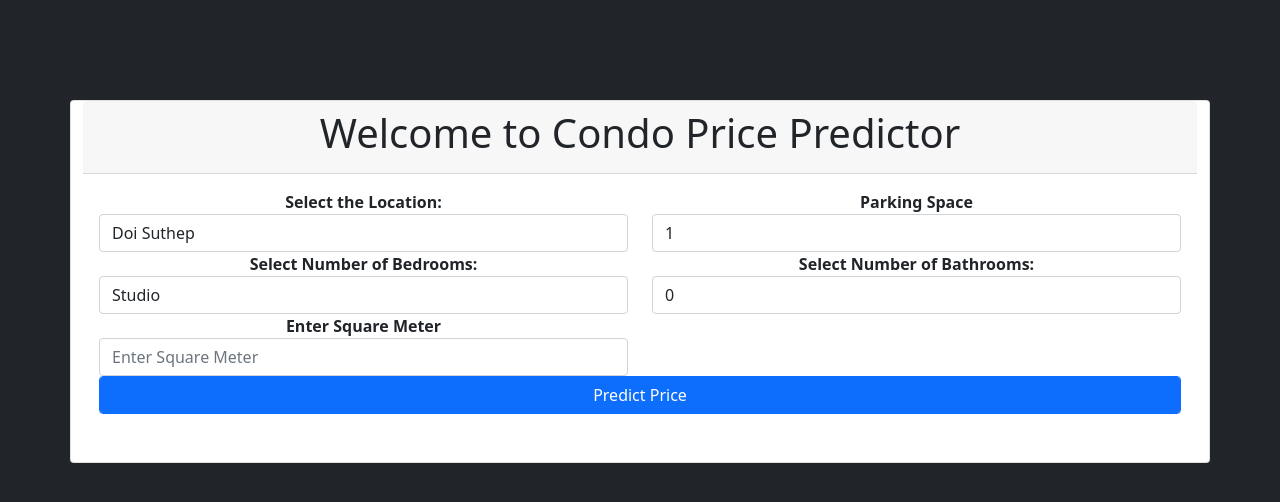
Repository: myothida/condoprice_CNX
Page: http://localhost/
These files come from the project's save history. The page is drawn as it stood at one moment and after a run of saves; the edit follows.
The browser window is 1280 px wide. The pictures show the whole page.
The page is served by the project's application, run on Flask 3 (main.py).

Above is the page before, as saved 2023-09-26 22:17:43.

### templates/index.html
<!DOCTYPE html>
<html lang="en">
  <head>
    <!-- Required meta tags -->
    <meta charset="utf-8" />
    <meta name="viewport" content="width=device-width, initial-scale=1" />

    <!-- Bootstrap CSS -->
    <link
      href="https://cdn.jsdelivr.net/npm/bootstrap@5.0.2/dist/css/bootstrap.min.css"
      rel="stylesheet"
      integrity="sha384-EVSTQN3/azprG1Anm3QDgpJLIm9Nao0Yz1ztcQTwFspd3yD65VohhpuuCOmLASjC"
      crossorigin="anonymous"
    />

    <title>Condo Price Predictor</title>
  </head>
  <body class="bg-dark">
    <div class="container">
      <div class="row">
        <div class="card" style="width: 100%; height: 100%; margin-top: 100px">
          <div class="card-header" style="text-align: center">
            <h1>Welcome to Condo Price Predictor</h1>
          </div>
          <div class="card-body">
            <form method="post" accept-charset="utf-8">
              <div class="row">
                <div class="col-md-6 form-group" style="text-align: center">
                  <label><b> Select the Location: </b> </label>
                  <select
                    class="selectpicker form-control"
                    id="location"
                    name="location"
                    require="1"
                  >
                    <option>Doi Suthep</option>
                    <option>Faham</option>
                    <option>Muang</option>
                    <option>Nimman</option>
                    <option>Chang phueak</option>
                  </select>
                </div>

                <div class="col-md-6 form-group" style="text-align: center">
                  <label><b> Parking Space </b> </label>
                  <select
                    class="selectpicker form-control"
                    id="parking"
                    name="parking"
                    require="1"
                  >
                    <option>1</option>
                    <option>2</option>
                    <option>3</option>
                  </select>
                </div>
                <div class="col-md-6 form-group" style="text-align: center">
                  <label><b> Select Number of Bedrooms: </b> </label>
                  <select
                    class="selectpicker form-control"
                    id="bedrooms"
                    name="bedrooms"
                  >
                    <option>Studio</option>
                    <option>1</option>
                    <option>2</option>
                    <option>3</option>
                  </select>
                </div>
                <div class="col-md-6 form-group" style="text-align: center">
                  <label><b> Select Number of Bathrooms: </b> </label>
                  <select
                    class="selectpicker form-control"
                    id="bathrooms"
                    name="bathrooms"
                  >
                    <option>0</option>
                    <option>1</option>
                    <option>2</option>
                    <option>3</option>
                  </select>
                </div>
                <div class="col-md-6 form-group" style="text-align: center">
                  <label><b> Enter Square Meter </b> </label>
                  <input
                    type="text"
                    class="form-control"
                    id="sqm"
                    name="sqm"
                    placeholder="Enter Square Meter"
                  />
                </div>
                <div class="col-md-12 form-group">
                  <button
                    class="btn btn-primary form-control"
                    onclick="send_data()"
                  >
                    Predict Price
                  </button>
                </div>
              </div>
            </form>
            <br />

            <div class="col-md-12" style="text-align: center">
              <h1><span id="prediction"></span></h1>
            </div>
          </div>
        </div>
      </div>
    </div>
  </body>
</html>

<!-- Option 2: Separate Popper and Bootstrap JS -->

<script
  src="https://cdn.jsdelivr.net/npm/@popperjs/core@2.9.2/dist/umd/popper.min.js"
  integrity="sha384-IQsoLXl5PILFhosVNubq5LC7Qb9DXgDA9i+tQ8Zj3iwWAwPtgFTxbJ8NT4GN1R8p"
  crossorigin="anonymous"
></script>
<script
  src="https://cdn.jsdelivr.net/npm/bootstrap@5.0.2/dist/js/bootstrap.min.js"
  integrity="sha384-cVKIPhGWiC2Al4u+LWgxfKTRIcfu0JTxR+EQDz/bgldoEyl4H0zUF0QKbrJ0EcQF"
  crossorigin="anonymous"
></script>

### main.py
from flask import Flask, render_template, request
import pandas as pd

app = Flask(__name__)
data = pd.read_csv('Data_midterm.csv')


@app.route('/')
def index():


    locations = sorted(data['location'].unique())
    return render_template('index.html' ,locations=locations)


if __name__ == "__main__":
    app.run(debug=True, port=5001)

### Data_midterm.csv
bedroom,bathroom,parking, area,price,location
0,0,1,33,2100000,muang
1,1,1,30,1650000,chang phueak
1,1,2,30,1490000,suthep
1,1,2,37,1690000,nimman
1,1,1,30,1449000,faham
1,1,1,30,630000,chang phueak
1,1,2,30,2200000,nimman
1,1,1,30,650000,faham
1,1,1,30,888000,muang
1,1,1,30,2200000,nimman
1,1,1,30,890000,faham
1,1,1,30,1290000,faham
2,1,2,30,1350000,suthep
1,1,1,30,1350000,faham
1,1,2,30,1350000,chang phueak
1,1,2,30,1950000,chang phueak
1,1,2,30,1990000,suthep
1,1,2,30,2200000,faham
1,1,2,30,2200000,nimman
1,1,2,30,2300000,faham
1,1,2,30,730000,faham
1,1,2,30,1950000,muang
1,1,2,30,1990000,faham
1,1,2,30,2200000,nimman
1,1,2,30,2200000,faham
1,1,2,31,2300000,faham
2,1,2,31,740000,faham
1,1,2,31,1950000,chang phueak
1,1,2,31,2200000,faham
1,1,2,31,2200000,suthep
1,1,2,31,2300000,faham
1,1,2,31,2100000,nimman
1,1,2,31,1890000,faham
1,1,2,31,2390000,suthep
1,1,2,31,1490000,chang phueak
1,1,2,31,1100000,chang phueak
1,1,2,31,999000,muang
1,1,2,31,1690000,faham
1,1,2,29,650000,suthep
0,0,2,30,690000,muang
1,1,2,32,3350000,suthep
1,1,2,32,2480000,faham
1,1,2,37,2700000,nimman
1,1,2,30,2000000,faham
1,1,3,40,3590000,chang phueak
1,1,2,32,2400000,faham
1,1,2,30,2000000,faham
1,1,2,28,2450000,nimman
1,1,2,28,2000000,muang
1,1,2,31,2400000,chang phueak
1,1,2,32,2950000,faham
1,1,2,30,1490000,suthep
1,1,2,32,1000000,faham
1,1,2,37,2750000,faham
0,0,2,28,1200000,suthep
0,0,2,29,1800000,suthep
0,0,1,30,2000000,suthep
0,0,2,29,1600000,nimman
0,0,1,32,2400000,suthep
0,0,1,30,1400000,chang phueak
0,0,1,33,1700000,muang
0,0,1,28,2500000,nimman
0,0,2,30,2300000,faham
0,0,3,38,2590000,muang
0,0,2,30,660000,muang
1,1,2,37,2850000,faham
0,0,2,36,2700000,nimman
1,1,2,36,1790000,suthep
1,1,2,36,2800000,suthep
1,1,2,38,2190000,muang
0,0,1,29,1500000,muang
1,1,2,35,2800000,suthep
1,1,2,35,2450000,suthep
1,1,1,32,2800000,nimman
1,1,1,33,2650000,nimman
1,1,1,30,1500000,chang phueak
1,1,1,30,1450000,muang
1,1,1,30,2100000,faham
1,1,1,38,2600000,muang
1,1,1,29,2300000,suthep
0,0,1,33,1700000,nimman
1,1,2,37,3000000,muang
2,1,2,35,889000,chang phueak
2,1,2,37,990000,chang phueak
1,1,1,33,880000,muang
1,1,1,29,890000,nimman
1,1,1,30,898000,nimman
1,1,1,32,1290000,muang
1,1,1,32,1200000,muang
1,1,1,46,2450000,chang phueak
1,1,2,43,3500000,suthep
1,1,3,44,3750000,suthep
0,0,1,33,2200000,nimman
1,1,2,40,1990000,suthep
2,1,2,50,3800000,suthep
1,1,2,32,1500000,muang
0,0,2,30,1390000,chang phueak
2,2,3,51,4700000,suthep
2,1,2,50,5000000,suthep
2,2,2,50,2700000,nimman
2,1,2,47,4800000,suthep
2,1,3,53,3950000,muang
2,1,2,50,3790000,muang
1,1,2,38,2490000,nimman
1,1,2,36,2890000,faham
2,1,2,53,4500000,suthep
2,2,3,51,4700000,chang phueak
1,1,2,46,2350000,muang
1,1,2,43,3900000,faham
1,1,2,46,4350000,suthep
1,1,2,54,3200000,faham
1,1,2,32,2900000,faham
1,1,2,30,1500000,suthep
1,1,2,46,4600000,suthep
1,1,2,46,2650000,nimman
1,1,2,32,1000000,nimman
1,1,2,37,2750000,faham
1,1,2,42,2850000,muang
1,1,2,36,1650000,chang phueak
1,1,2,36,2750000,chang phueak
2,2,2,50,2800000,faham
2,1,2,47,4800000,suthep
1,1,2,46,4200000,chang phueak
1,1,1,30,2100000,muang
1,1,2,36,2600000,suthep
1,1,2,46,3000000,nimman
0,0,1,30,2000000,suthep
1,1,2,38,1490000,muang
0,0,1,30,1000000,muang
1,1,2,40,2000000,chang phueak
1,1,2,30,2300000,faham
1,1,1,30,730000,nimman
1,1,1,30,1950000,muang
1,1,2,30,1990000,nimman
1,1,2,30,2200000,faham
1,1,2,30,2200000,nimman
1,1,2,31,2300000,nimman
2,1,2,31,740000,faham
1,1,2,31,1950000,chang phueak
1,1,2,31,2200000,faham
1,1,2,31,2200000,suthep
1,1,1,31,2300000,faham
1,1,1,31,2100000,faham
1,1,2,31,1890000,faham
1,1,1,31,2390000,suthep
1,1,1,31,1490000,chang phueak
1,1,1,31,1100000,chang phueak
1,1,1,31,999000,muang
1,1,1,31,1690000,faham
1,1,2,29,650000,suthep
0,0,2,30,690000,muang
1,1,2,32,3350000,suthep
1,1,2,32,2480000,faham
1,1,2,37,2700000,faham
1,1,2,30,2000000,faham
1,1,3,40,3590000,chang phueak
1,1,2,32,2400000,faham
1,1,2,30,2000000,faham
1,1,2,28,2450000,faham
1,1,2,28,2000000,muang
1,1,2,31,2400000,chang phueak
1,1,1,32,2950000,faham
1,1,2,30,1490000,suthep
1,1,2,32,1000000,faham
1,1,2,37,2750000,faham
0,0,2,28,1200000,suthep
0,0,2,29,1800000,suthep
0,0,2,30,2000000,suthep
0,0,2,29,1600000,muang
0,0,2,32,2400000,suthep
0,0,2,30,1400000,chang phueak
0,0,2,33,1700000,muang
0,0,2,28,2500000,nimman
0,0,2,30,2300000,faham
0,0,2,38,2590000,muang
0,0,2,30,660000,muang
1,1,2,37,2850000,nimman
0,0,2,36,2700000,muang
1,1,2,36,1790000,suthep
1,1,2,36,2800000,suthep
1,1,2,38,2190000,muang
0,0,2,29,1500000,muang
1,1,2,35,2800000,suthep
1,1,2,35,2450000,suthep
1,1,2,32,2800000,faham
1,1,2,33,2650000,faham
1,1,2,30,1500000,chang phueak
1,1,2,30,1450000,muang
1,1,2,30,2100000,faham
1,1,2,38,2600000,muang
1,1,2,29,2300000,suthep
0,0,2,33,1700000,muang
1,1,2,37,3000000,muang
2,1,2,35,889000,chang phueak
2,1,2,37,990000,chang phueak
1,1,2,33,880000,muang
1,1,2,29,890000,muang
1,1,2,30,898000,muang
1,1,2,32,1290000,muang
1,1,2,32,1200000,muang
1,1,3,46,2450000,chang phueak
1,1,3,43,3500000,suthep
1,1,3,44,3750000,suthep
0,0,2,33,2200000,muang
1,1,2,40,1990000,suthep
2,1,2,50,3800000,suthep
1,1,2,32,1500000,muang
0,0,2,30,1390000,chang phueak
2,2,3,51,4700000,suthep
2,1,2,50,5000000,suthep
2,2,2,50,2700000,faham
2,1,2,47,4800000,suthep
2,1,3,53,3950000,muang
2,1,3,50,3790000,muang
1,1,2,38,2490000,faham
1,1,2,36,2890000,faham
2,1,2,53,4500000,suthep
2,2,2,51,4700000,chang phueak
1,1,2,46,2350000,muang
1,1,2,43,3900000,faham
1,1,2,46,4350000,suthep
1,1,3,54,3200000,faham
1,1,2,32,2900000,faham
1,1,2,30,1500000,suthep
1,1,2,46,4600000,suthep
1,1,2,46,2650000,muang
1,1,2,32,1000000,faham
1,1,2,37,2750000,faham
1,1,2,42,2850000,muang
1,1,2,36,1650000,chang phueak
1,1,2,36,2750000,chang phueak
2,2,3,50,2800000,faham
2,1,3,47,4800000,suthep
1,1,2,46,4200000,chang phueak
1,1,2,37,2800000,suthep
1,1,2,37,2750000,faham
1,1,2,28,1600000,suthep
1,1,2,29,1800000,suthep
1,1,2,30,2000000,suthep
1,1,2,29,1600000,muang
1,1,2,32,2400000,suthep
1,1,2,30,1400000,chang phueak
1,1,2,33,1700000,muang
1,1,2,28,2500000,muang
1,1,2,30,2300000,nimman
1,1,2,38,2590000,nimman
1,1,2,30,700000,muang
1,1,2,37,2850000,faham
1,1,2,36,2700000,muang
1,1,2,36,1790000,suthep
1,1,2,36,2800000,suthep
1,1,2,38,2190000,muang
0,0,2,29,1500000,muang
1,1,2,35,2800000,suthep
1,1,2,35,2450000,suthep
1,1,2,32,2800000,nimman
1,1,2,33,2650000,faham
1,1,2,30,1500000,chang phueak
1,1,2,30,1450000,muang
1,1,2,30,2100000,nimman
1,1,2,38,2600000,muang
1,1,2,29,2300000,suthep
0,0,1,33,1700000,muang
1,1,2,37,2700000,muang
2,1,2,35,889000,chang phueak
2,1,2,37,990000,chang phueak
1,1,1,33,880000,muang
1,1,1,29,890000,muang
1,1,1,30,898000,nimman
1,1,2,32,1290000,nimman
1,1,2,32,1200000,muang
1,1,2,46,2450000,chang phueak
1,1,2,43,3500000,suthep
1,1,2,44,3750000,suthep
0,0,2,33,2200000,muang
1,1,2,40,1990000,suthep
1,1,1,29,890000,muang
1,1,2,30,898000,nimman
1,1,2,32,1290000,nimman
1,1,2,32,1500000,nimman
1,1,2,46,2550000,chang phueak
1,1,2,43,3500000,suthep
1,1,2,44,3650000,suthep
0,0,2,33,2500000,nimman
1,1,2,40,2990000,suthep

After the next 3 saves:
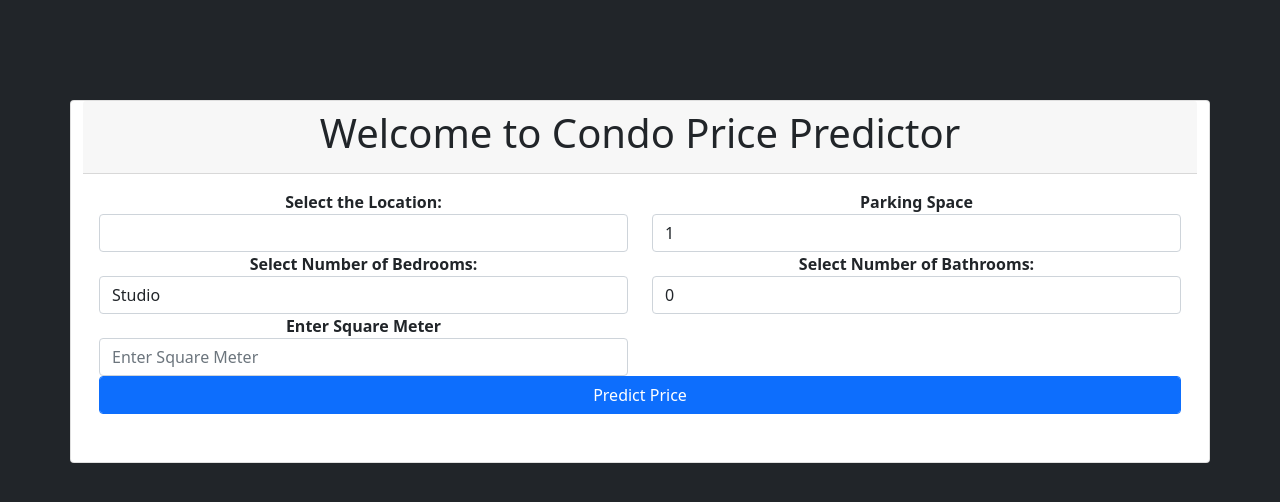
The 3 saves are shown as one change because 2 did not build or start.
The last was saved 2 min 11 s later.
--- a/templates/index.html
+++ b/templates/index.html
@@ -33,11 +33,9 @@
                     name="location"
                     require="1"
                   >
-                    <option>Doi Suthep</option>
-                    <option>Faham</option>
-                    <option>Muang</option>
-                    <option>Nimman</option>
-                    <option>Chang phueak</option>
+                    {% for location in locations %}
+                    <option value="{{ location }}">{{ lcoation }}</option>
+                    {% endfor %}
                   </select>
                 </div>
 
